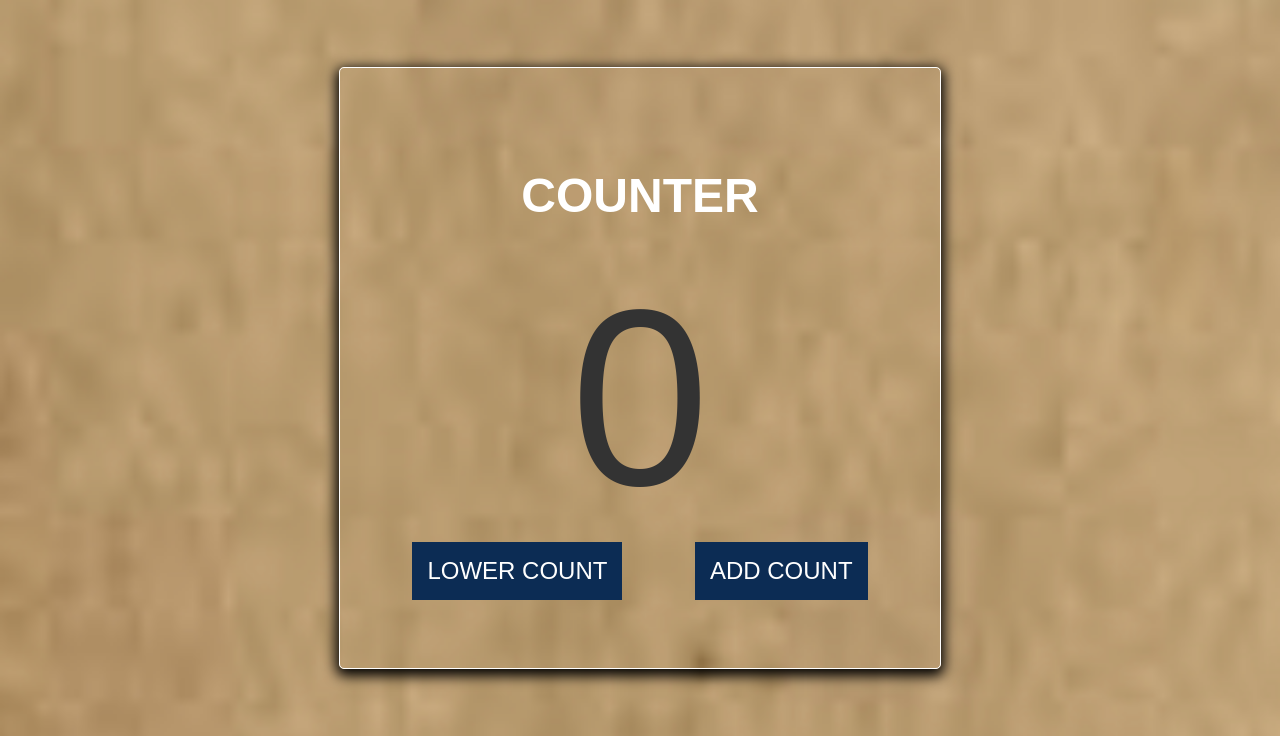
Repository: Hasmik-icml/counter
Page: index.html
These files come from the project's save history. The page is drawn as it stood at one moment and after a run of saves; the edit follows.
The browser window is 1280 px wide. The pictures show the whole page.

Above is the page before, as saved 2022-02-14 17:26:31.

### index.html
<!DOCTYPE html>
<html lang="en">
<head>
    <meta charset="UTF-8">
    <meta http-equiv="X-UA-Compatible" content="IE=edge">
    <meta name="viewport" content="width=device-width, initial-scale=1.0">
    <link rel="stylesheet" href="/style.css">
    <title>Document</title>
</head>
<body>
    <div class="container">
        <h1 class="counterHeader">COUNTER</h1>
        <div class="result">0</div>
        <div class="buttons">
            <button class="buttonLower button">LOWER COUNT</button>
            <button class="buttonAdd button">ADD COUNT</button>
        </div>

    </div>
    <script src="/index.js"></script>
</body>
</html>

### style.css
body{
    display:flex;
    flex-direction:column;
    justify-content:center;
    min-height:100vh;
    background-image: url("/Screenshot_14.png");
    background-repeat: no-repeat;
    background-size: cover;
}
.container {
    width: 600px;
    height: 600px;
    border: 1px solid white;
    border-radius: 5px;
    margin: auto;
    text-align: center;
    box-shadow: 0px 4px 13px 3px;
    display: flex;
    flex-direction: column;
    justify-content: center;
}
.counterHeader{
    color: white;
    font-family: sans-serif;
    font-size: xxx-large;
}
.result{
    color: #333333;
    font-family: sans-serif;
    font-size: 250px;
}
.button{
    background-color: #0c2c54;
    border-style: none;
    color: white;
    padding: 15px;
    font-family: sans-serif;
    font-size: x-large;
}
.buttons{
    display: flex;
    justify-content: space-evenly;
}

### index.js
const result = document.querySelector(".result");
const buttonLower = document.querySelector(".buttonLower");
const buttonAdd = document.querySelector(".buttonAdd");

buttonLower.addEventListener("click", function(){
    result.innerHTML--;
})
buttonAdd.addEventListener("click", function(){
    result.innerHTML++;
})

// function incrisOrDecris(){

// }
// document.querySelectorAll(".button").forEach(item => {
//     item.addEventListener("click", function(e){
//         console.log(e.target);
//         // this.innerHTML++;
//     })
// })

After the next 3 saves:
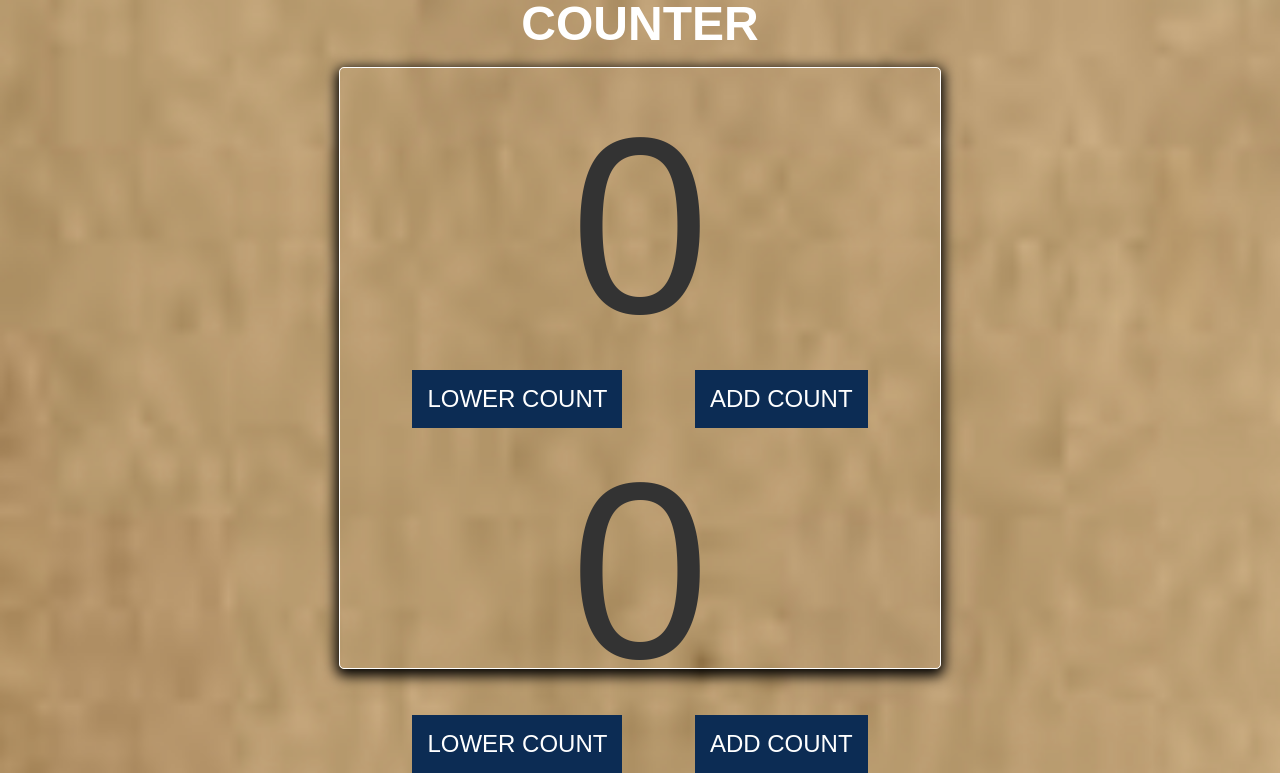
The 3 saves are shown as one change because they came seconds apart.
The last was saved 3 min 0 s later.
--- a/index.html
+++ b/index.html
@@ -15,6 +15,12 @@
             <button class="buttonLower button">LOWER COUNT</button>
             <button class="buttonAdd button">ADD COUNT</button>
         </div>
+        <!--  -->
+        <div class="result">0</div>
+        <div class="buttons">
+            <button class="buttonLower button">LOWER COUNT</button>
+            <button class="buttonAdd button">ADD COUNT</button>
+        </div>
 
     </div>
     <script src="/index.js"></script>
